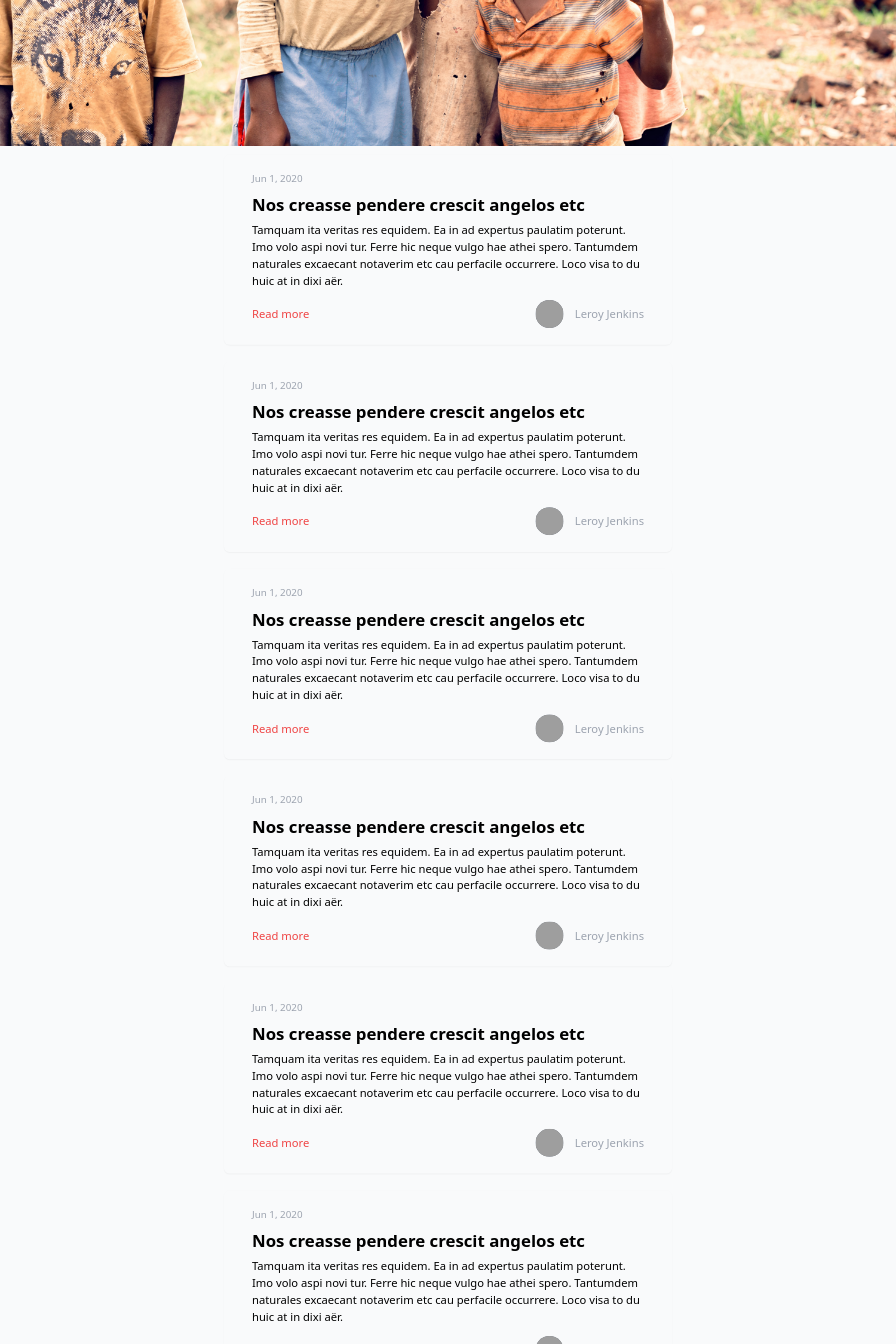
Repository: erulabs243/museum
Page: /stories
An editor plug-in stored every save of this project. The page is shown before and after the next save, followed by the edit.
The browser window is 1280 px wide. The pictures show the part of the page from y = 531 to 2451 px (the page is 3980 px tall before and 3740 px after), at 70% of full size.
Pictures or frames that could not be fetched are drawn as grey boxes. Backgrounds fixed to the window are drawn as part of the page. The project was rebuilt for these pictures with package versions that can differ from the ones it lists, and the page was loaded fresh each time. Also part of the build but not shown: vite.config.js, src/pages/admin/Home.jsx, src/pages/commons/NotFound.jsx, src/components/atoms/TagBadge.jsx, src/components/atoms/MyAudioPlayer.jsx, src/components/atoms/MyVideoPlayer.jsx, src/components/atoms/MediaCard.jsx, src/components/sections/Testimonial.jsx and 13 more.

Above is the page before, as saved 2022-08-10 14:53:02.

After the next save:
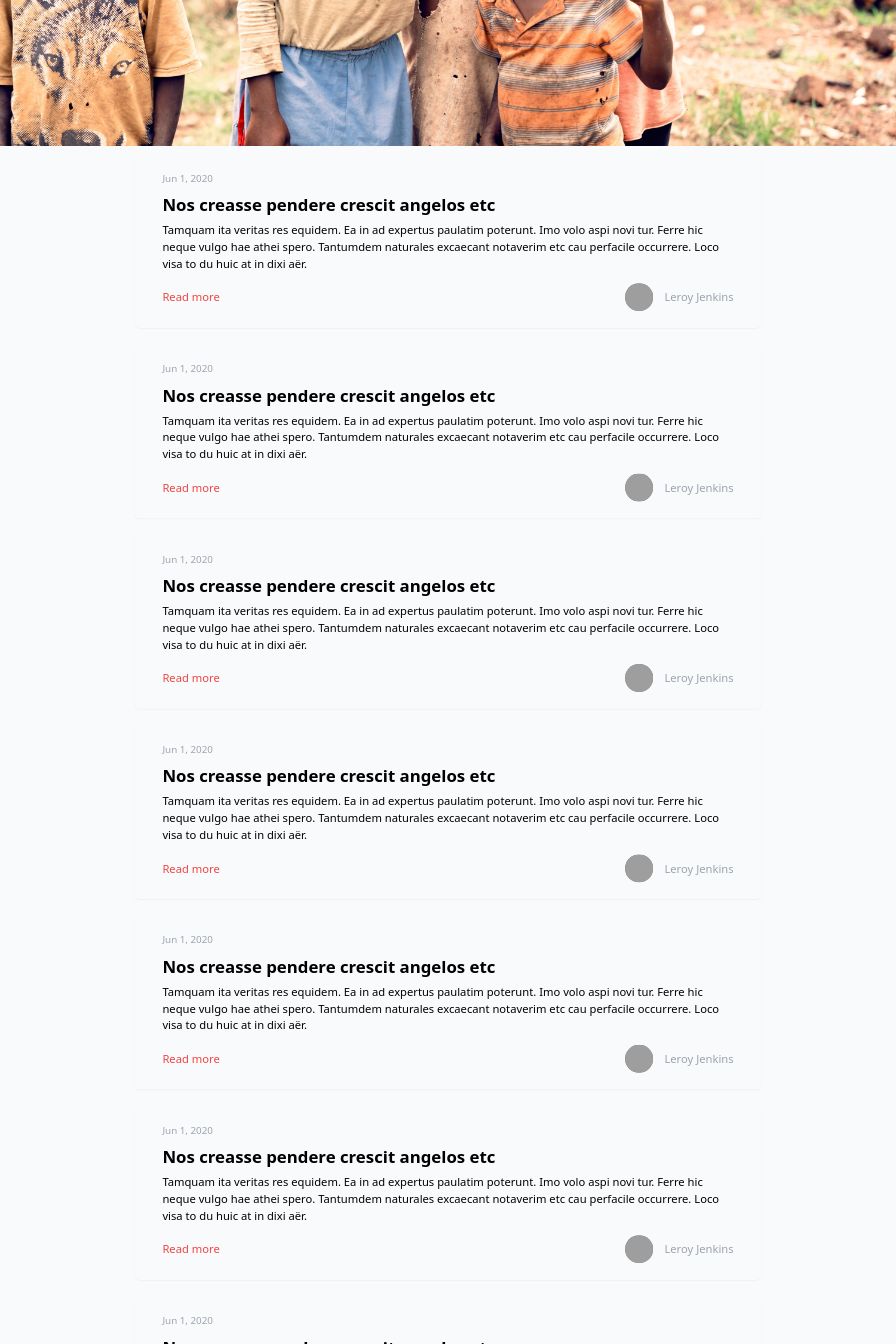
Saved 6 s later.
--- a/src/components/sections/Article.jsx
+++ b/src/components/sections/Article.jsx
@@ -4,7 +4,7 @@
 
 const Article = () => {
     return (
-        <article className="w-full md:w-1/2">
+        <article className="w-full sm:w-1/2">
             <div className="container max-w-4xl px-10 py-6 mx-auto rounded-lg shadow-sm my-3">
                 <div className="flex items-center justify-between">
                     <span className="text-sm text-gray-400">Jun 1, 2020</span>

After the save that followed:
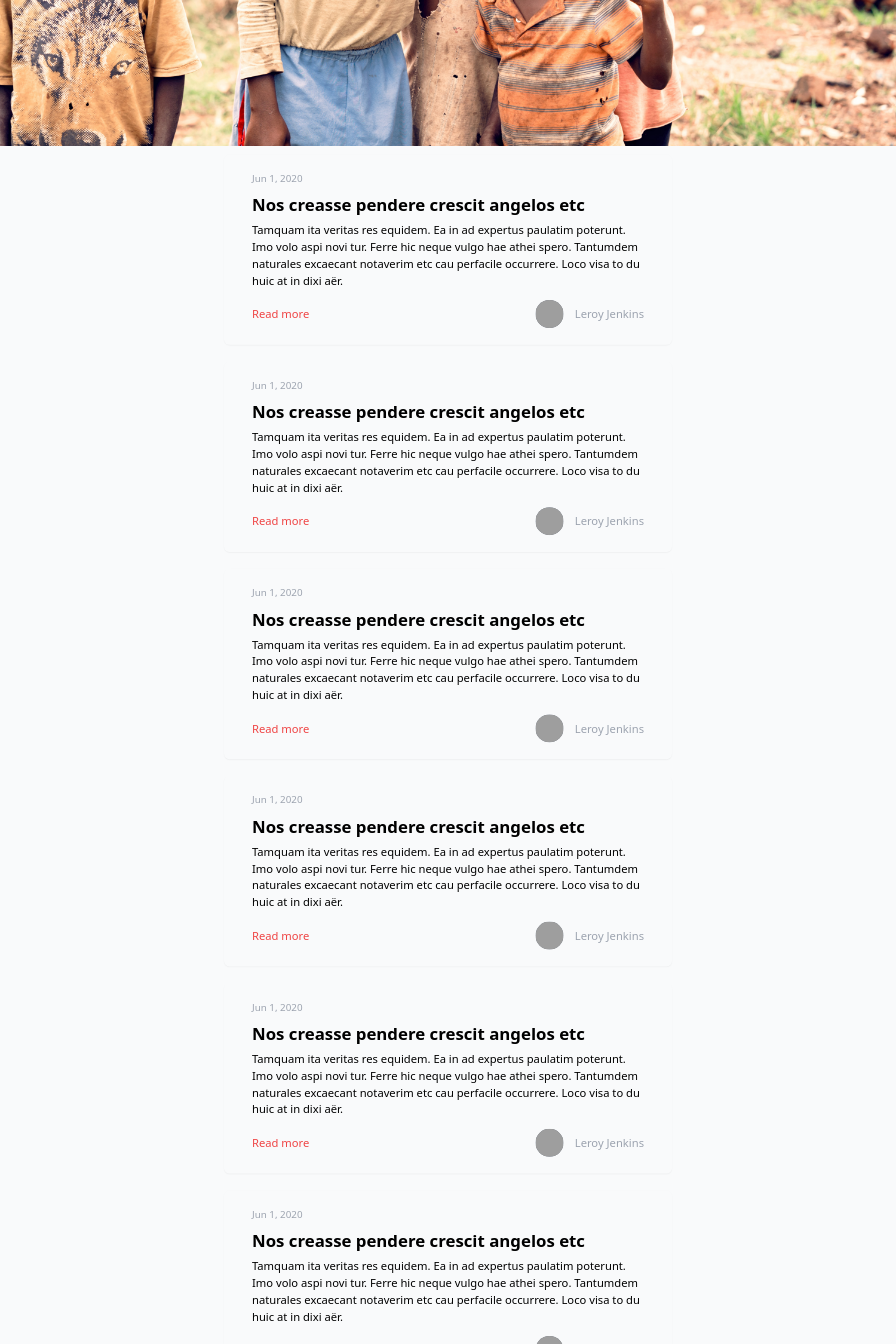
Saved 11 s later.
--- a/src/components/sections/Article.jsx
+++ b/src/components/sections/Article.jsx
@@ -4,7 +4,7 @@
 
 const Article = () => {
     return (
-        <article className="w-full sm:w-1/2">
+        <article className="w-full md:w-1/2">
             <div className="container max-w-4xl px-10 py-6 mx-auto rounded-lg shadow-sm my-3">
                 <div className="flex items-center justify-between">
                     <span className="text-sm text-gray-400">Jun 1, 2020</span>
